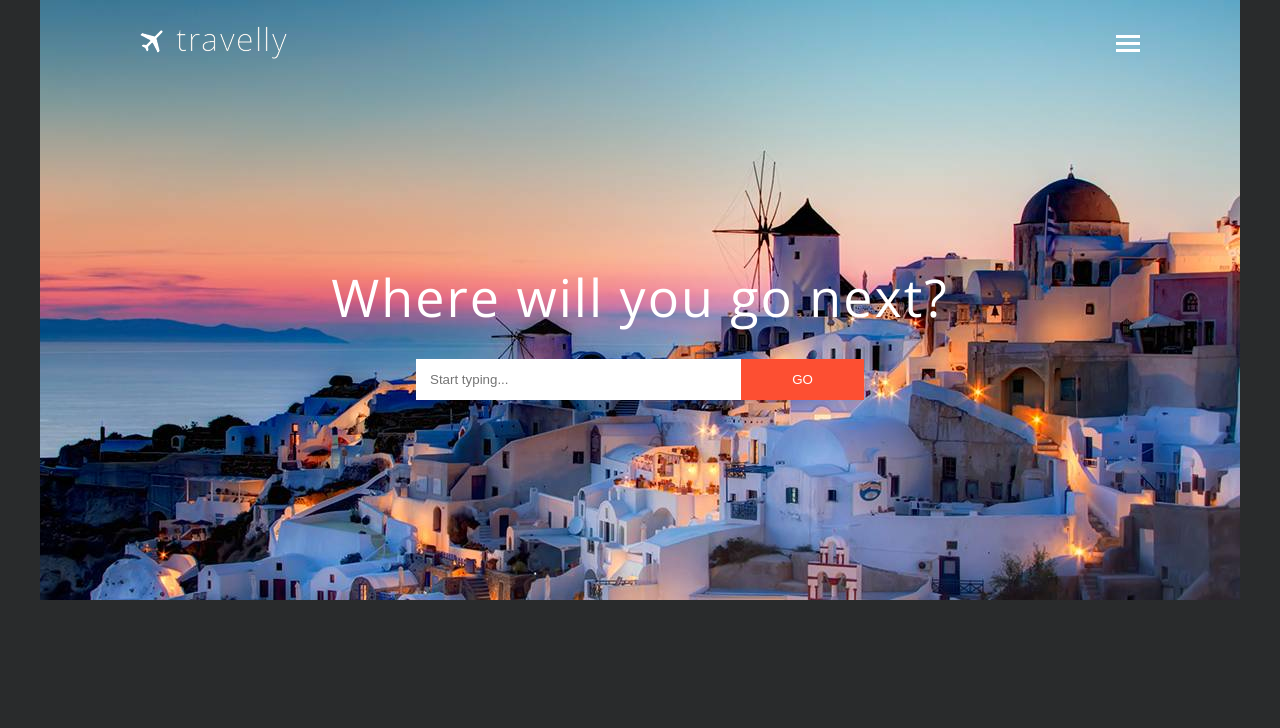
Repository: YusifHasanov/Web-Page-Template
Page: index.html
The author's editor kept a copy of each file at every save. The page is drawn from the files as they stood at one save, then again after a run of saves.
The browser window is 1280 px wide. The pictures show the whole page.

Above is the page before, as saved 2021-12-05 21:05:30.

### index.html
<!DOCTYPE html>
<html lang="en">
<head>
  <!-- !required meta tags -->
  <meta charset="UTF-8">
  <meta http-equiv="X-UA-Compatible" content="IE=edge">
  <meta name="viewport" content="width=device-width, initial-scale=1.0">
  <title>Document</title>
  <!-- !style css -->
  <link rel="stylesheet" href="./css/style.css" />
</head>
<body>

  <div class="container">
      <div class="header useless">
        <div class="navBar d-flex justify-between align-end">
          <img src="./img/logo.png" alt="traveller company logo" />
          <img src="./img/menubar.png" class="hamburger" alt="hamburger menu logo" />
        </div>
        <h1>Where will you go next?</h1>
        <form class="d-flex justify-center">
          <input type="text" id="search" name="search" [aria-label="search"] placeholder="Start typing..." />
          <button type="submit" role="button">GO</button>
        </form>
      </div>
      <div class="top-destinations useless">

      </div>
  </div>

</body>
</html>

### css/style.css
@import url('https://fonts.googleapis.com/css2?family=Open+Sans:wght@300&display=swap');

* {
  margin: 0;
  padding: 0;
  outline: 0;
  border: 0;
  box-sizing: border-box;
}

body {
  min-height: 100vh;
  background-color: #292b2c;
}

.d-flex {
  display: flex;
}

.justify-center {
  justify-content: center;
}

.justify-between {
  justify-content: space-between;
}

.align-end {
  align-items: flex-end;
}

.useless {
  padding-left: 8.33%;
  padding-right: 8.33%;
}

.container {
  max-width: 1200px;
  margin-left: auto;
  margin-right: auto;
}

.header {
  height: 600px;
  background-image: url(./../img//backgr.jpg);
}

.navBar {
  padding-top: 26px;
}

.hamburger {
  margin-bottom: 6px;
}

.header > h1 {
  font-size: 52px;
  letter-spacing: 2px;
  color: #ffffff;
  font-weight: 300;
  font-family: 'Open Sans', sans-serif;
  text-align: center;
  line-height: 45px;
  margin-top: 215px;
}

.header > h1 + form {
  margin-top: 40px;
  height: 41px;
}

button[type='submit'] {
  width: 123px;
  background-color: #fd4f32;
  color: white;
}

.header input[type='text'] {
  width: 325px;
  padding-left: 14px;
}

.top-destinations {
  padding-top: 59px;
  padding-bottom: 69px;
}

After the next 5 saves:
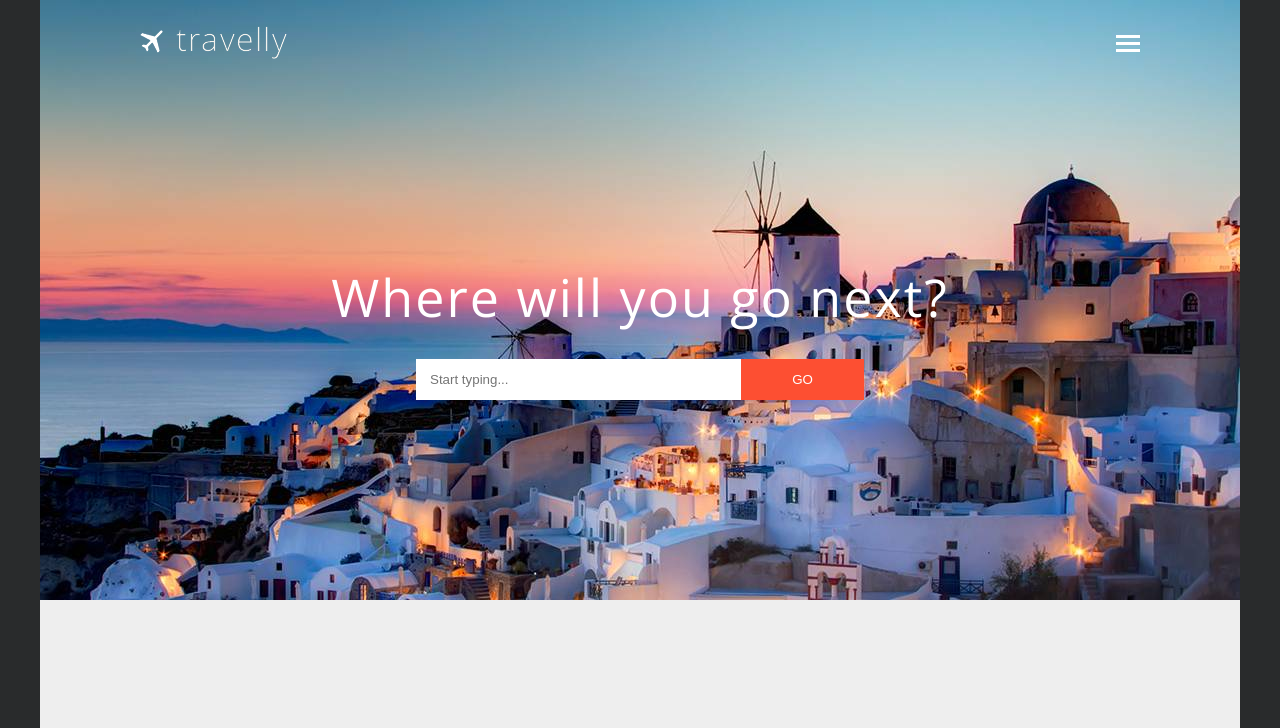
The 5 saves are shown as one change because they came seconds apart.
The last was saved 42 s later.
--- a/css/style.css
+++ b/css/style.css
@@ -83,4 +83,5 @@ button[type='submit'] {
 .top-destinations {
   padding-top: 59px;
   padding-bottom: 69px;
+  background-color: #eee;
 }
